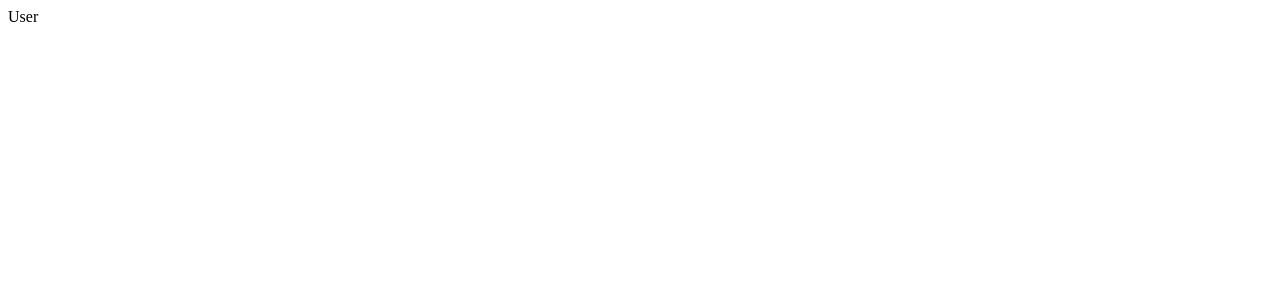
Repository: AndreyMykulych/javascript
Page: 10/indexOne.html
These files come from the project's save history. The page is drawn as it stood at one moment and after the next save; the edit follows.
The browser window is 1280 px wide. The pictures show the whole page.

Above is the page before, as saved 2023-04-25 22:57:08.
Console error: SyntaxError: Unexpected token '}'

### 10/indexOne.html
<!DOCTYPE html>
<html lang="en">
<head>
    <meta charset="UTF-8">
    <meta http-equiv="X-UA-Compatible" content="IE=edge">
    <meta name="viewport" content="width=device-width, initial-scale=1.0">
    <title>Document</title>
</head>
<script src="one.js"></script>
<body>
    <div class="moveBlock">
        User
    </div>
</body>
</html>

### 10/one.js
window.onload = () => {
    //1) створрити блок який рухається всередині сторінки при натисканні стрілок на клавіатурі
    let moveElement = document.querySelector('.moveBlock');
    moveElement.style.backgroundColor = 'red'
    moveElement.style.width = '100px'
    moveElement.style.height = '100px'
    let main = document.querySelector('body')

    main.style.position = 'relative'
    moveElement.style.position = 'absolute'

    main.onkeydown = function (e) {
        console.log(e)
        if (e.code === "ArrowDown") {
            moveElement.style.top = + '20px'
        }
        if(e.code === "ArrowLeft")
    }
}

After the next save:
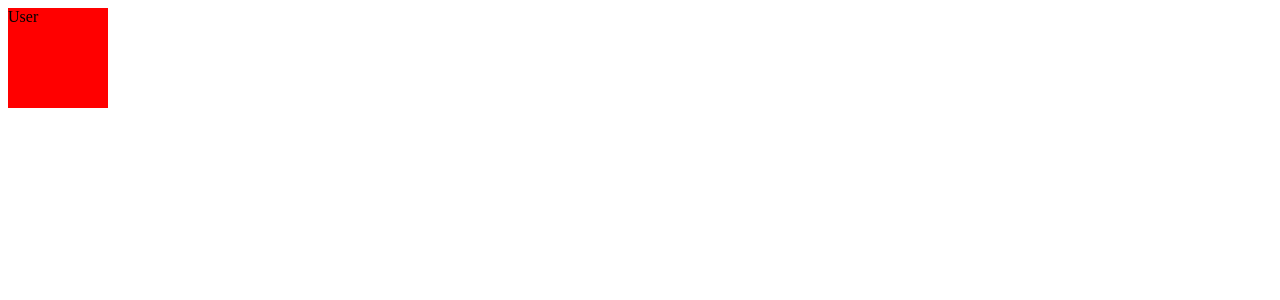
The error is gone.
Saved 48 s later.
--- a/10/one.js
+++ b/10/one.js
@@ -9,11 +9,14 @@ window.onload = () => {
     main.style.position = 'relative'
     moveElement.style.position = 'absolute'
 
+
     main.onkeydown = function (e) {
         console.log(e)
         if (e.code === "ArrowDown") {
             moveElement.style.top = + '20px'
         }
-        if(e.code === "ArrowLeft")
+        if (e.code === "ArrowLeft") {
+            moveElement.style.right = -'20px'
+        }
     }
 }
